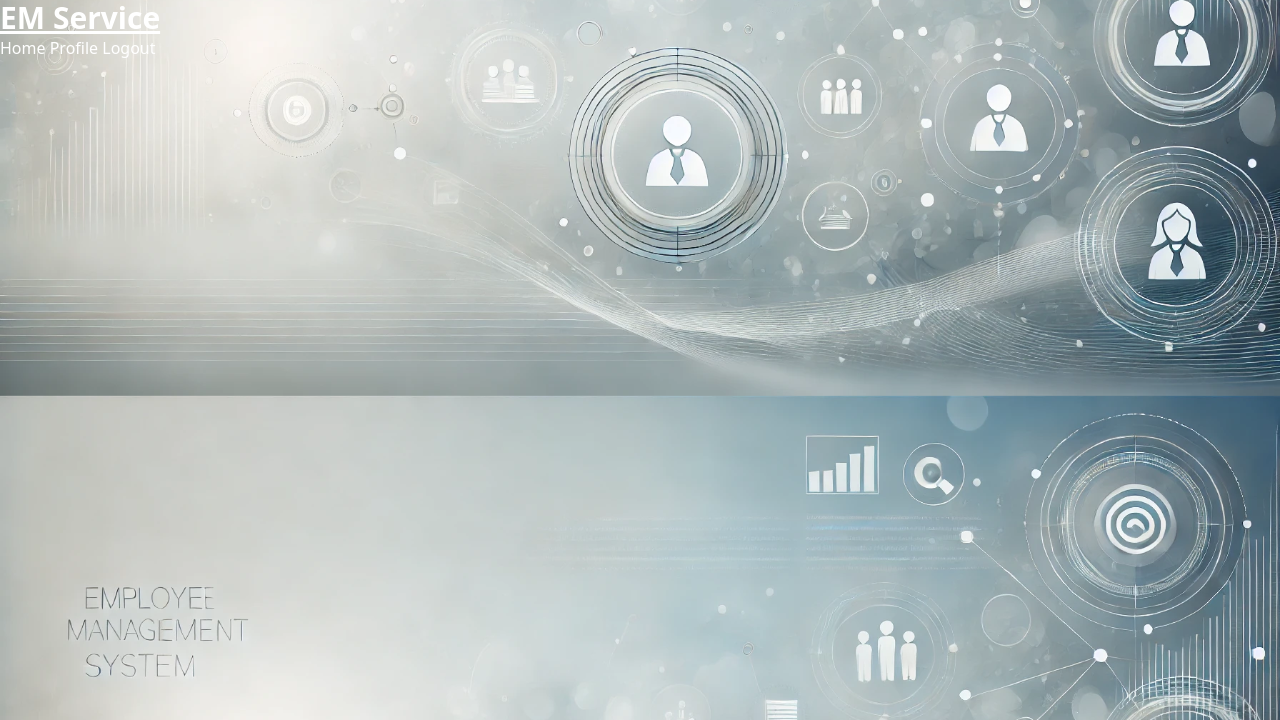
Repository: Vaibhav979/EmployeeManagement-Spring
Page: / (app in em-project-view/)
The author's editor kept a copy of each file at every save. The page is drawn from the files as they stood at one save, then again after a run of saves.
The browser window is 1280 px wide. The pictures show the whole page.
The project was rebuilt for these pictures with package versions that can differ from the ones it lists, and the page was loaded fresh each time. Also part of the build but not shown: em-project-view/vite.config.js.

Above is the page before, as saved 2025-01-02 22:30:35.

After the next 3 saves:
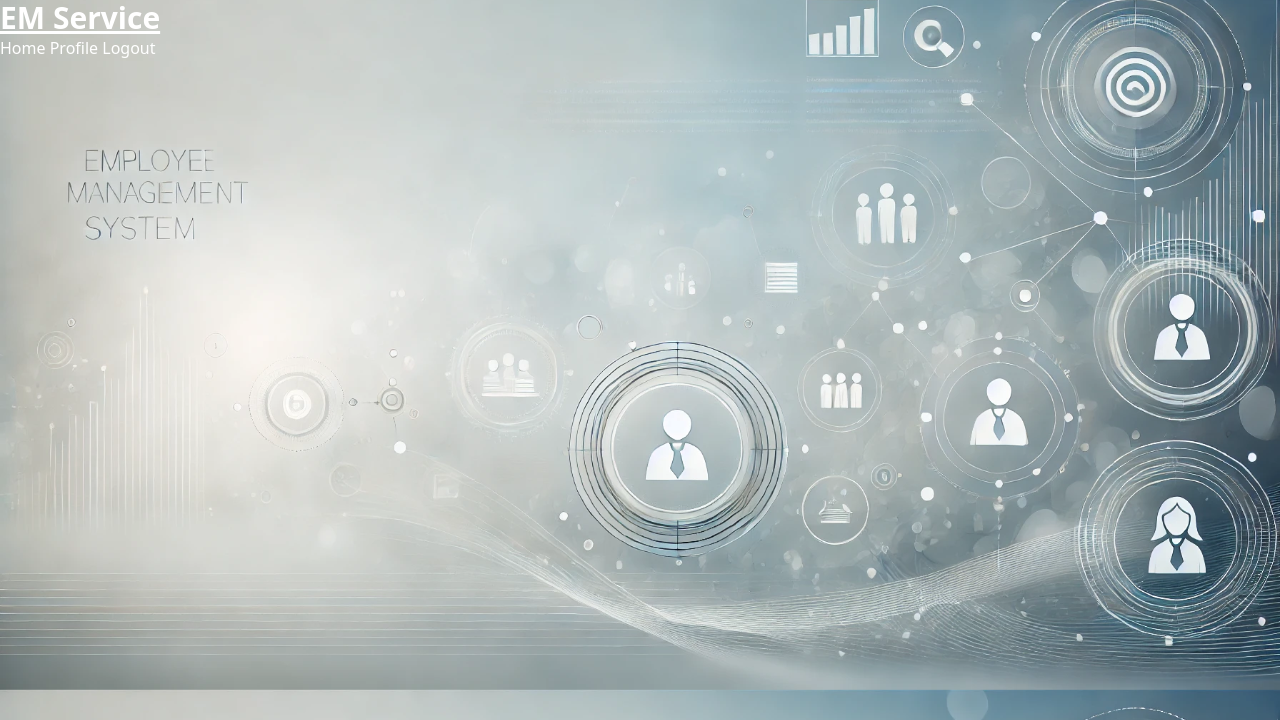
The 3 saves are shown as one change because they came seconds apart.
The last was saved 13 s later.
--- a/em-project-view/src/App.css
+++ b/em-project-view/src/App.css
@@ -14,5 +14,5 @@ body {
   background-size: cover;
   background-position: center;
   color: #ffffff;
-
+  height: 90vh;
 }
